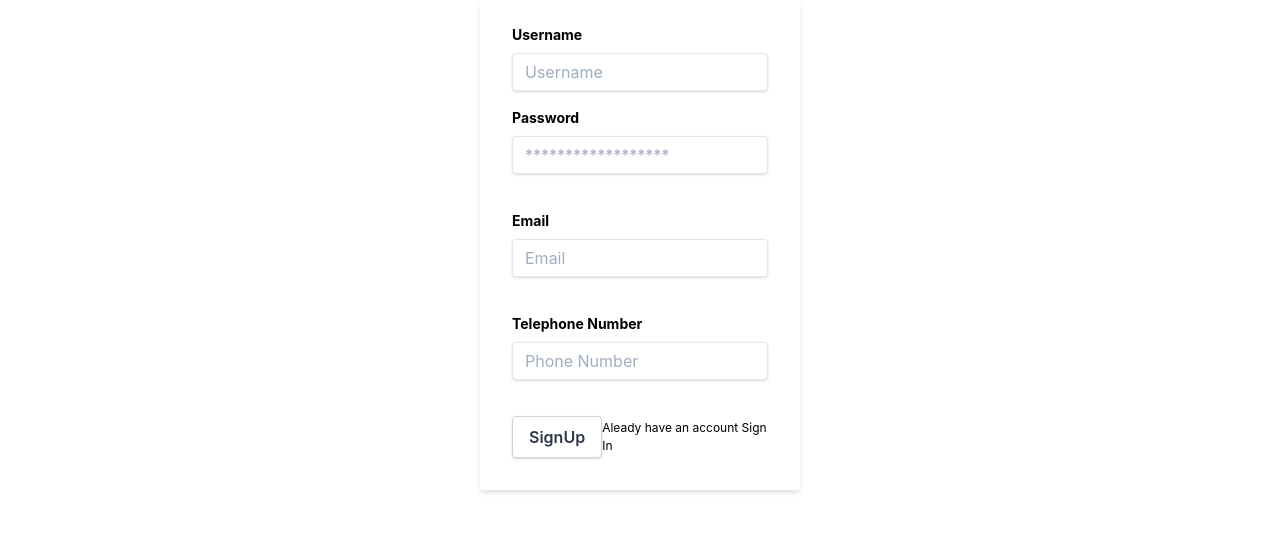
Repository: tzs34/amplifyLogin
Page: /signup
The author's editor kept a copy of each file at every save. The page is drawn from the files as they stood at one save, then again after the next save.
The browser window is 1280 px wide. The pictures show the whole page.
The project was rebuilt for these pictures with package versions that can differ from the ones it lists, and the page was loaded fresh each time. Also part of the build but not shown: src/components/Views/HomePage.js, src/services/AWSService.js, src/components/Form/form-utils.js, src/components/Alerts/Error.js, src/components/Auth/LoginForm.js, src/components/Routes/PrivateRoute.js, src/App.css.

Above is the page before, as saved 2019-12-09 15:58:00.

After the next save:
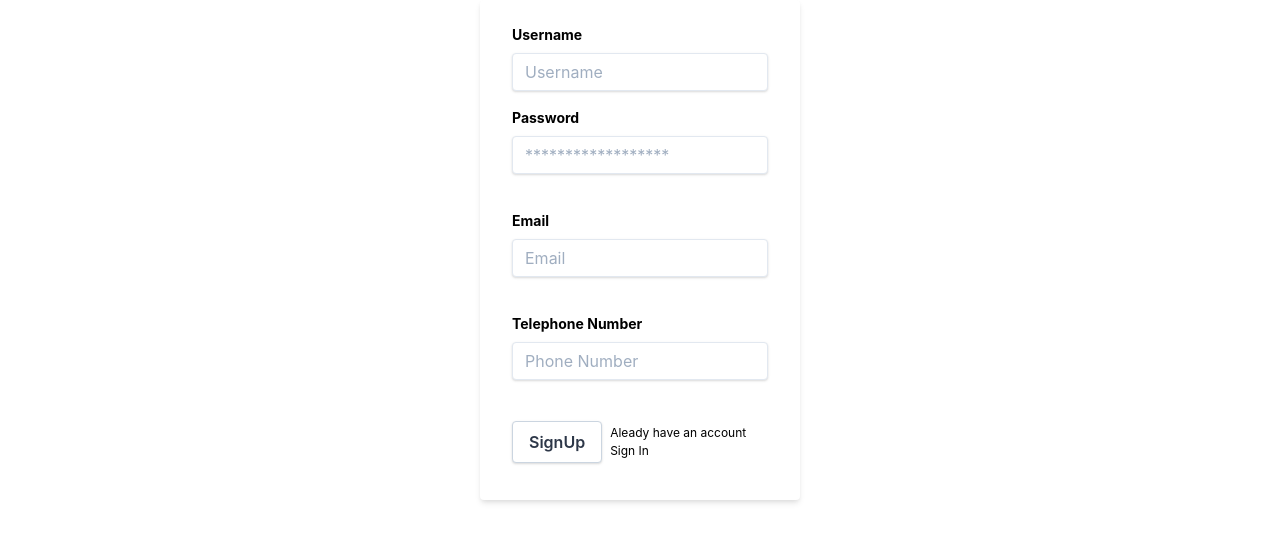
Saved 31 s later.
--- a/src/components/Auth/SignUpForm.js
+++ b/src/components/Auth/SignUpForm.js
@@ -87,7 +87,7 @@ const SignUpForm = ({ history }) => {
             <FormButton type="button" label="SignUp" />
           </div>
           <div>
-            <p className="text-grey-dark text-xs">
+            <p className="text-grey-dark text-xs p-2">
               Aleady have an account{' '}
               <a
                 className="text-indigo cursor-pointer hover:text-indigo-darker"
